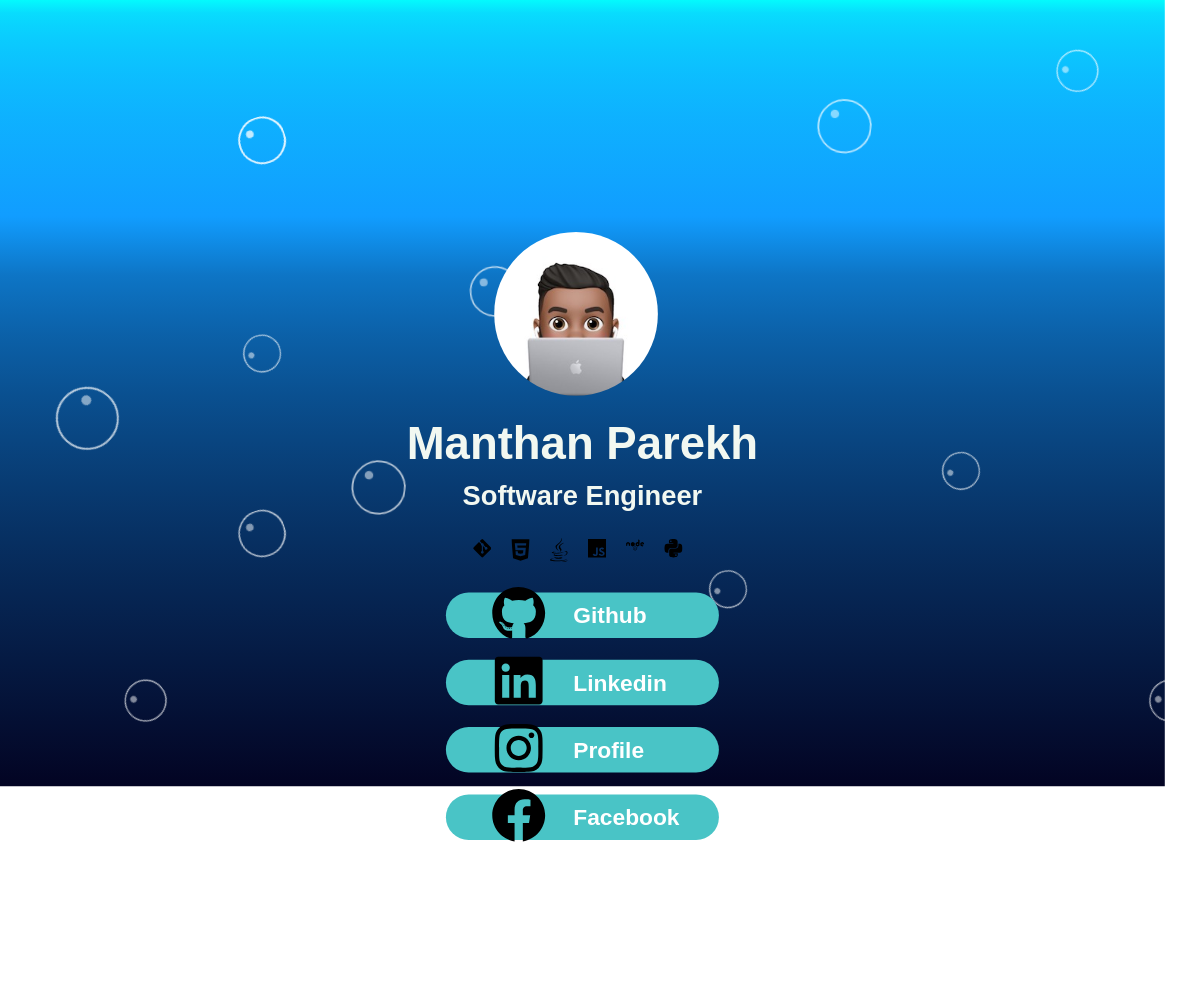
Repository: manthanparekh/linktree-clone
Page: index.html
The author's editor kept a copy of each file at every save. The page is drawn from the files as they stood at one save, then again after the next save.
The browser window is 1280 px wide. The page is 1319 px wide, so the pictures cover 1319 px, including what lies to the right of the window. The pictures show the whole page, at 91% of full size.
Some web fonts or font styles are not loaded; a fallback is used.

Above is the page before, as saved 2023-05-23 16:08:51.

### index.html
<!DOCTYPE html>
<html lang="eng">
    <head>
        <meta charset="UTF-8">
        <meta name="viewport" content="width=device-width, initial-scale=1.0">
        <title>Link sites</title>
        <link rel="stylesheet" type="text/css" href="style/view.css">
        <link rel="stylesheet" type="text/css" href="style/block-information.css">
        <link rel="stylesheet" type="text/css" href="style/responsive.css">
        <link rel="icon" type="image/png" href="/img/android-chrome-192x192.png">
    </head>
    <body>
        <div class="container">
            <div class="wrapper">
                <div><span class="dot"></span></div>
                <div><span class="dot"></span></div>
                <div><span class="dot"></span></div>
                <div><span class="dot"></span></div>
                <div><span class="dot"></span></div>
                <div><span class="dot"></span></div>
                <div><span class="dot"></span></div>
                <div><span class="dot"></span></div>
                <div><span class="dot"></span></div>
                <div><span class="dot"></span></div>
                <div><span class="dot"></span></div>
                <div><span class="dot"></span></div>
                <div><span class="dot"></span></div>
                <div><span class="dot"></span></div>
                <div><span class="dot"></span></div>
            </div>
            <div class="align-block">
                <div class="block">
                    <main class="content">
                        <div class="personal-information">
                            <img src="./img/D03E815A-EB22-4023-A4E1-EEF42EFE75E2.jpeg" alt="emoji representing Manthan Parekh">
                            <h1>Manthan Parekh</h1>
                            <h3>Software Engineer</h3>
                        </div>

                        <div class="coding-icon">
                            <div class="icon-horizontal"><img class="code-icon" src="./img/git-alt-icon.svg" alt="git icon"></div>
                            <div class="icon-horizontal"><img class="code-icon" src="./img/html5-icon.svg" alt="html5 icon"></div>
                            <div class="icon-horizontal"><img class="code-icon" src="./img/java-icon.svg" alt="java icon"></div>
                            <div class="icon-horizontal"><img class="code-icon" src="./img/js-icon.svg" alt="js icon"></div>
                            <div class="icon-horizontal"><img class="code-icon" src="./img/node-icon.svg" alt="node.js icon"></div>
                            <div class="icon-horizontal"><img class="code-icon" src="./img/python-icon.svg" alt="python icon"></div>
                        </div>

                        <div class="redirect">
                            <a href="https://github.com/manthanparekh">
                                <div class="redirect-media click-here">
                                    <div>
                                        <img class="icon" src="./img/github-icon.svg" alt="Click here to be redirected to Manthan Parekh's github profile">
                                    </div>
                                    <div>
                                        <p>Github</p>
                                    </div>
                                </div>
                            </a>
                            <a href="https://www.linkedin.com/in/manthanparekh01">
                                <div class="redirect-media click-here">
                                    <div>
                                        <img class="icon" src="./img/linkedin-icon.svg" alt="Click here to be redirected to Manthan Parekh's linkedin profile">
                                    </div>
                                    <div>
                                        <p>Linkedin</p>
                                    </div>
                                </div>
                            </a>
                            <a href="https://www.instagram.com/manthanparekh/">
                                <div class="redirect-media click-here">
                                    <div>
                                        <img class="icon" src="./img/instagram-icon.svg" alt="Click here to be redirected to Manthan Parekh instagram">
                                    </div>
                                    <div>
                                        <p>Profile</p>
                                    </div>
                                </div>
                            </a>
                            <!--
                            <a href="https://www.instagram.com/manthanparekh/">
                                <div class="redirect-media click-here">
                                    <div>
                                        <img class="icon" src="./img/instagram-icon.svg" alt="Click here to be redirected to Manthan Parekh instagram">
                                    </div>
                                    <div>
                                        <p>Code</p>
                                    </div>
                                </div>
                            </a>
                        -->
                            <a href="https://www.facebook.com/manthan.parekh.35">
                                <div class="redirect-media click-here">
                                    <div>
                                        <img class="icon" src="./img/facebook-icon.svg" alt="Click here to be redirected to Manthan Parekh facebook">
                                    </div>
                                    <div>
                                        <p>Facebook</p>
                                    </div>
                                </div>
                            </a>
                        </div>
                    </main>
                </div>
            </div>
        </div>
    </body>
</html>

### style/view.css
* {
    margin: 0;
    padding: 0;
}

.wrapper {
    height: 120%;
    width: 100%;
    background: linear-gradient(180deg, #04fafd, 5%, #119dff, 50%, #030423);
    position: absolute;
}

.wrapper h1 {
    top: 50%;
    left: 50%;
    transform: translate(-50%, -50%);
    position: absolute;
    font-family: sans-serif;
    letter-spacing: 1px;
    word-spacing: 2px;
    color: #fff;
    font-size: 40px;
    font-weight: 888;
    text-transform: uppercase;
}

.wrapper div {
    height: 60px;
    width: 60px;
    border: 2px solid rgba(255, 255, 255, 0.7);
    border-radius: 50px;
    position: absolute;
    top: 10%;
    left: 10%;
    animation: 4s linear infinite;
}

div .dot {
    height: 10px;
    width: 10px;
    border-radius: 50px;
    background: rgba(255, 255, 255, 0.5);
    position: absolute;
    top: 20%;
    right: 20%;
}
.wrapper div:nth-child(1) {
    top: 20%;
    left: 20%;
    animation: animate 8s linear infinite;
}

.wrapper div:nth-child(2) {
    top: 60%;
    left: 80%;
    animation: animate 10s linear infinite;
}
.wrapper div:nth-child(3) {
    top: 40%;
    left: 40%;
    animation: animate 3s linear infinite;
}
.wrapper div:nth-child(4) {
    top: 66%;
    left: 30%;
    animation: animate 7s linear infinite;
}
.wrapper div:nth-child(5) {
    top: 90%;
    left: 10%;
    animation: animate 9s linear infinite;
}
.wrapper div:nth-child(6) {
    top: 30%;
    left: 60%;
    animation: animate 5s linear infinite;
}
.wrapper div:nth-child(7) {
    top: 70%;
    left: 20%;
    animation: animate 8s linear infinite;
}
.wrapper div:nth-child(8) {
    top: 75%;
    left: 60%;
    animation: animate 10s linear infinite;
}
.wrapper div:nth-child(9) {
    top: 50%;
    left: 50%;
    animation: animate 6s linear infinite;
}
.wrapper div:nth-child(10) {
    top: 45%;
    left: 20%;
    animation: animate 10s linear infinite;
}
.wrapper div:nth-child(11) {
    top: 10%;
    left: 90%;
    animation: animate 9s linear infinite;
}
.wrapper div:nth-child(12) {
    top: 20%;
    left: 70%;
    animation: animate 7s linear infinite;
}
.wrapper div:nth-child(13) {
    top: 20%;
    left: 20%;
    animation: animate 8s linear infinite;
}
.wrapper div:nth-child(14) {
    top: 60%;
    left: 5%;
    animation: animate 6s linear infinite;
}
.wrapper div:nth-child(15) {
    top: 90%;
    left: 80%;
    animation: animate 9s linear infinite;
}

.wrapper div:nth-child(16) {
    top: 10%;
    left: 12%;
    animation: animate 9s linear infinite;
}
.wrapper div:nth-child(17) {
    top: 95%;
    left: 60%;
    animation: animate 9s linear infinite;
}
.wrapper div:nth-child(15) {
    top: 90%;
    left: 98%;
    animation: animate 9s linear infinite;
}


@keyframes animate {
    0% {
        transform: scale(0) translateY(0) rotate(70deg);
    }
    100% {
        transform: scale(1.3) translateY(-100px) rotate(360deg);
    }
}

### style/block-information.css
@import url('https://fonts.googleapis.com/css?family=Courgette');
@import url('https://fonts.cdnfonts.com/css/bruno-ace-sc');

html{
    scroll-behavior: smooth;
}

body::-webkit-scrollbar {
    width: 12px
}

body::-webkit-scrollbar-thumb {
    background-color: #472dbd;
    border-radius: 10px;
}

div.align-block{
    display: flex;
    justify-content: center;
    align-items: center;
}

.block{
    z-index: 2;
    margin-top: 5%;
    display: flex;
    justify-content: center;
    align-items: center;
}

main.content{
    width: 500px;
    height: 1000px;
    border-radius: 10px;
    display: flex;
    flex-direction: column;
    align-items: center;
    justify-content: center;
    z-index: 2;
    margin-top: 5%;
    display: flex;
    justify-content: center;
    align-items: center;;
}

div.personal-information img{
    width: 180px;
    height: 180px;
    border-radius: 70%;
    margin-left: 25%;
    margin-bottom: 5%;

}

div.personal-information h1{
    font-family: 'Poppins', sans-serif;
    color: #f2f8f1;
    font-size: 50px;
    text-align: center;
    margin-bottom: 3%;
}

div.personal-information h3{
    font-size: 30px;
}

div.personal-information h3,
div.personal-information p{
    font-family: 'Poppins', sans-serif;
    color: #f2f8f1;
    text-align: center;
    margin-bottom: 6%;
}

div.icon-horizontal {
    height: 30px;
    width: 20px;
    padding: 6px;
    float: left;
    margin-right: 10px;
}

div.click-here{
    width: 300px;
    height: 50px;
    background-color: #49c4c6;
    border-radius: 50px;
    margin-top: 8%;
}

div.click-here p{
    font-family: 'Bruno Ace SC', sans-serif;
    font-weight: 700;
    font-size: 25px;
    color: #FFFFFF;
    text-align: center;
    margin-left: 30px;
}

.redirect-media{
    display: flex;
    align-items: center;
}

a{
    text-decoration: none;
}

img.icon{
    width: 60px;
    height: 60px;
    margin-left: 50px;
}

p.subtitles{
    font-family: 'Poppins', sans-serif;
    font-weight: 700;
    color: #353839;
    text-align: center;
    margin-top: 40px;
}

div.no-icon p{
    margin-left: 0px;
}

div.no-icon p.align-text{
    width: 300px;
    text-align: center;
}

### style/responsive.css
@media(max-width: 500px) {
    .block{
        z-index: 2;
        margin-top: 5%;
    }

    main.content{
        width: 300px;
        height: 200px;
    }

    div.personal-information img {
        width: 900px;
        height: 100px;
        border-radius: 50%;
        margin-top: 10px;
        margin-left: 25%;
        margin-bottom: 10px;
    }

    div.click-here{
        width: 300px;
        height: 60px;
        background-color: #22c1c3;
        border-radius: 50px;
        margin-top: 5%;
    }

    img.icon{
        width: 0px;
        height: 30px;
    }

}

After the next save:
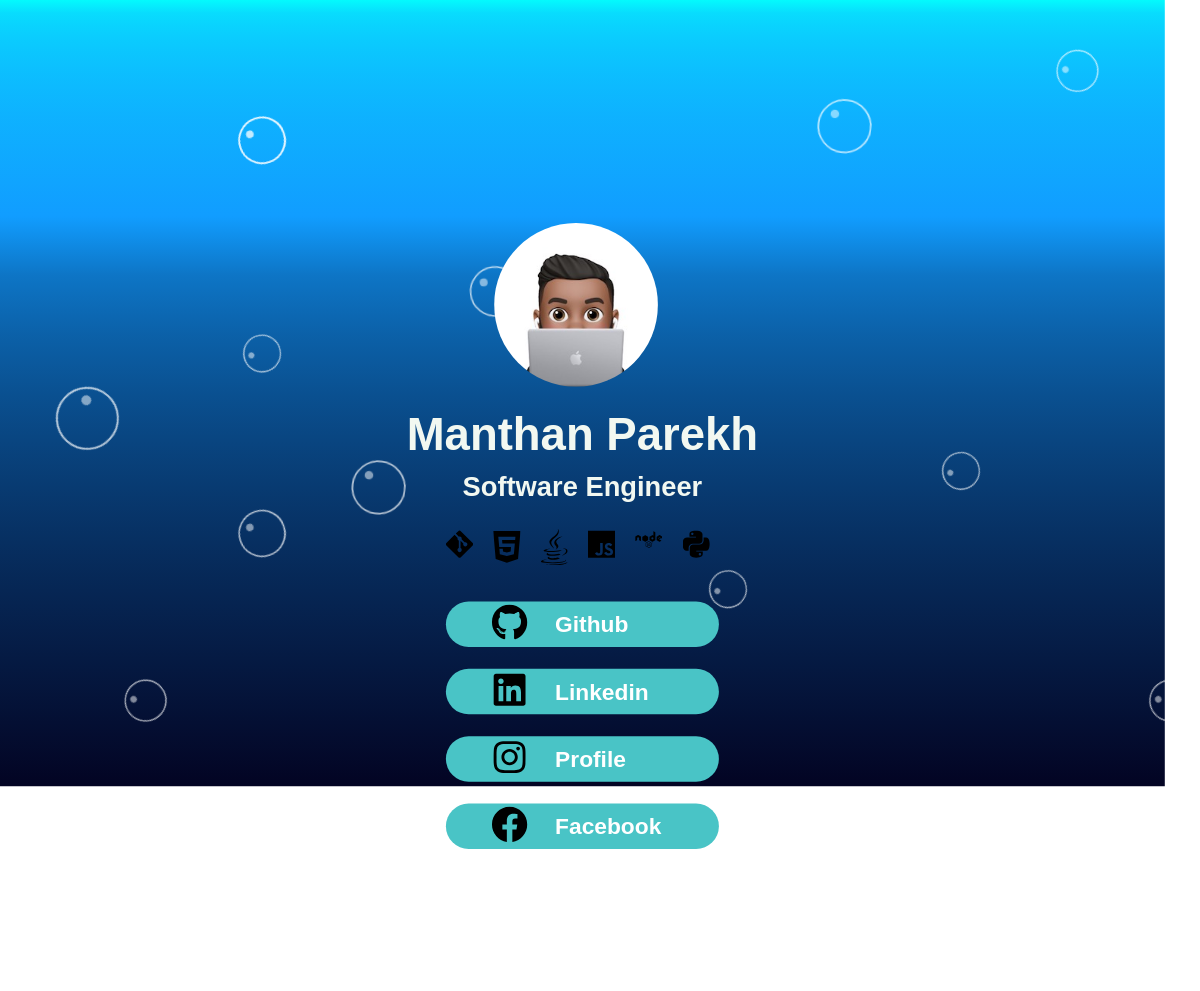
Saved 7 s later.
--- a/style/block-information.css
+++ b/style/block-information.css
@@ -73,8 +73,8 @@
 }
 
 div.icon-horizontal {
-    height: 30px;
-    width: 20px;
+    height: 50px;
+    width: 30px;
     padding: 6px;
     float: left;
     margin-right: 10px;
@@ -107,8 +107,8 @@
 }
 
 img.icon{
-    width: 60px;
-    height: 60px;
+    width: 40px;
+    height: 40px;
     margin-left: 50px;
 }
 
